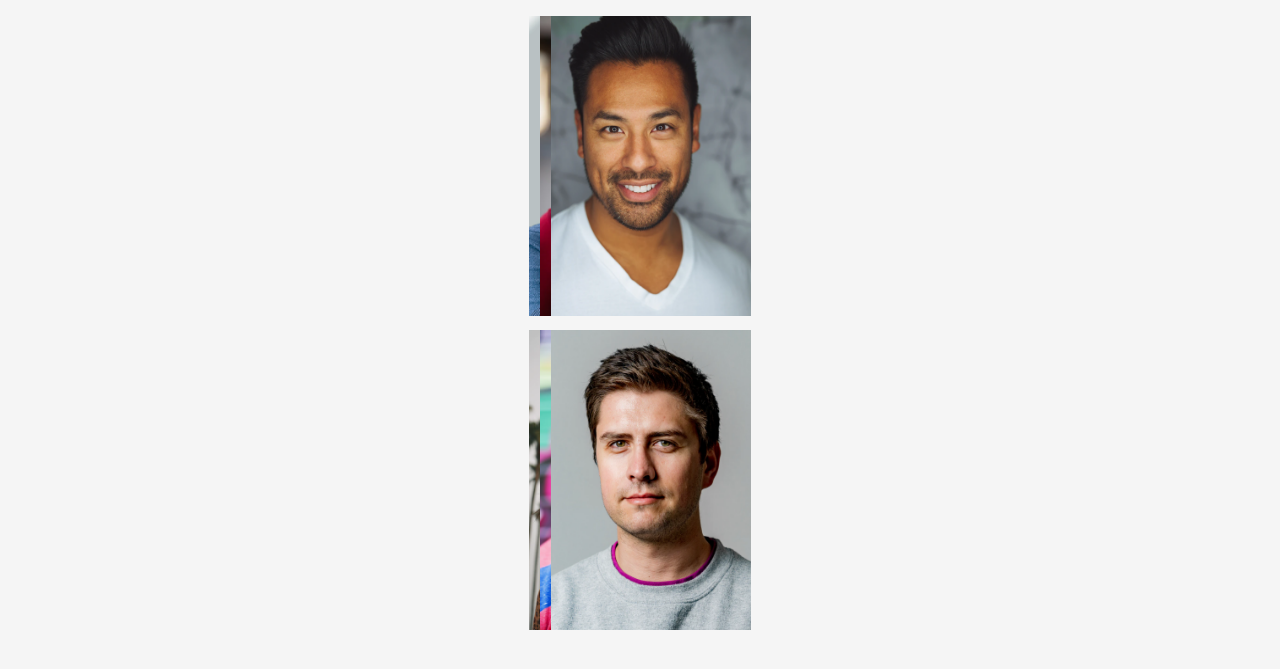
Repository: georgisenze/my-team-page-challeng
Page: index.html
An editor plug-in stored every save of this project. The page is shown before and after the next save, followed by the edit.
The browser window is 1280 px wide. The pictures show the whole page.

Above is the page before, as saved 2023-02-22 22:04:13.

After the next save:
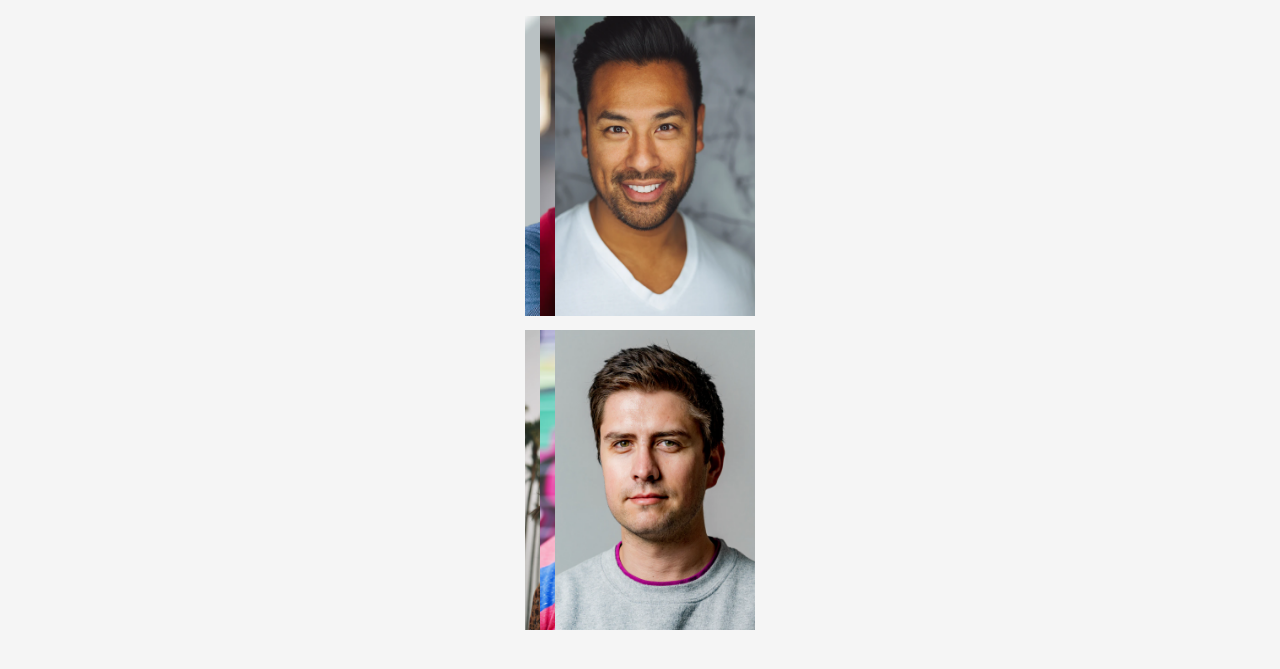
Saved 13 s later.
--- a/assets/css/style.css
+++ b/assets/css/style.css
@@ -11,7 +11,7 @@
     justify-items: center;
     align-items: center;
     align-content: center;
-    grid-template-columns: 1px 1px 1px;
+    grid-template-columns: 5px 5px 5px;
     /* grid-template-rows: repeat(2,minmax(100px, auto)); */
     grid-auto-flow: row;
     gap: 10px;
